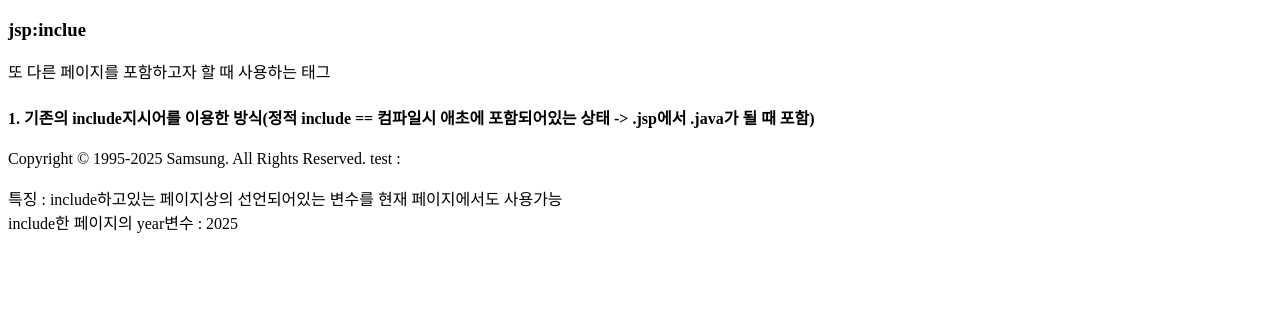
Repository: HwangInTae82/JSPProject
Page: http://localhost/elAction/views/2_standard_action_tag/01_include.jsp
The author's editor kept a copy of each file at every save. The page is drawn from the files as they stood at one save, then again after the next save.
The browser window is 1280 px wide. The pictures show the whole page.
The page is served by Tomcat 10. Other server files are loaded and not shown.

Above is the page before, as saved 2025-02-24 03:25:31.

### elAction/src/main/webapp/views/2_standard_action_tag/01_include.jsp
<%@ page language="java" contentType="text/html; charset=UTF-8"
    pageEncoding="UTF-8"%>
<!DOCTYPE html>
<html>
<head>
<meta charset="UTF-8">
<title>Insert title here</title>
</head>
<body>
    <h3>jsp:inclue</h3>
    <p>또 다른 페이지를 포함하고자 할 때 사용하는 태그</p>

    <h4>1. 기존의 include지시어를 이용한 방식(정적 include == 컴파일시 애초에 포함되어있는 상태 -> .jsp에서 .java가 될 때 포함)</h4>

    <%@ include file="footer.jsp" %>
    <br><br>

    특징 : include하고있는 페이지상의 선언되어있는 변수를 현재 페이지에서도 사용가능 <br>
    include한 페이지의 year변수 : <%=year%> <br><br>



</body>
</html>

### elAction/src/main/webapp/views/2_standard_action_tag/footer.jsp
<%@ page language="java" contentType="text/html; charset=UTF-8"
    pageEncoding="UTF-8"%>
<!DOCTYPE html>
<html>
<head>
<meta charset="UTF-8">
<title>Insert title here</title>
</head>
<body>
    <%
        String year= new java.text.SimpleDateFormat("yyyy").format(new java.util.Date());
    %>
    Copyright © 1995-2025 Samsung. All Rights Reserved.
    test : ${param.test}

</body>
</html>

After the next save:
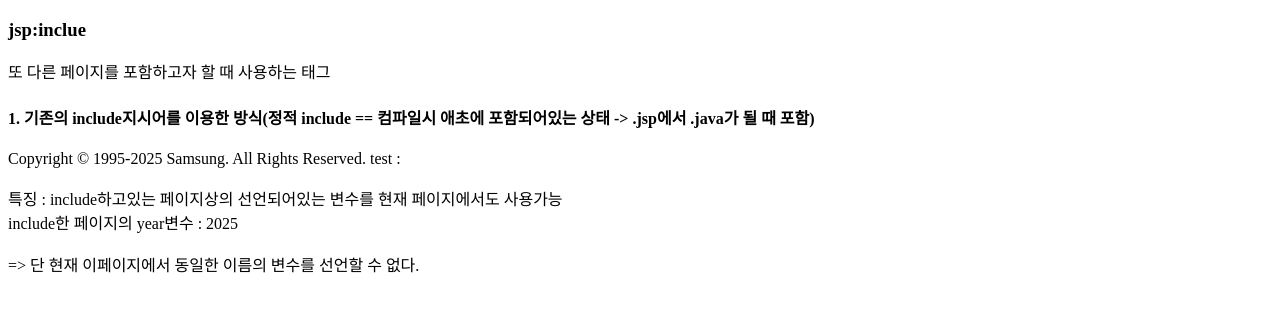
Saved 21 s later.
--- a/elAction/src/main/webapp/views/2_standard_action_tag/01_include.jsp
+++ b/elAction/src/main/webapp/views/2_standard_action_tag/01_include.jsp
@@ -19,6 +19,8 @@
     include한 페이지의 year변수 : <%=year%> <br><br>
 
 
+    => 단 현재 이페이지에서 동일한 이름의 변수를 선언할 수 없다.
+
 
 </body>
 </html>
